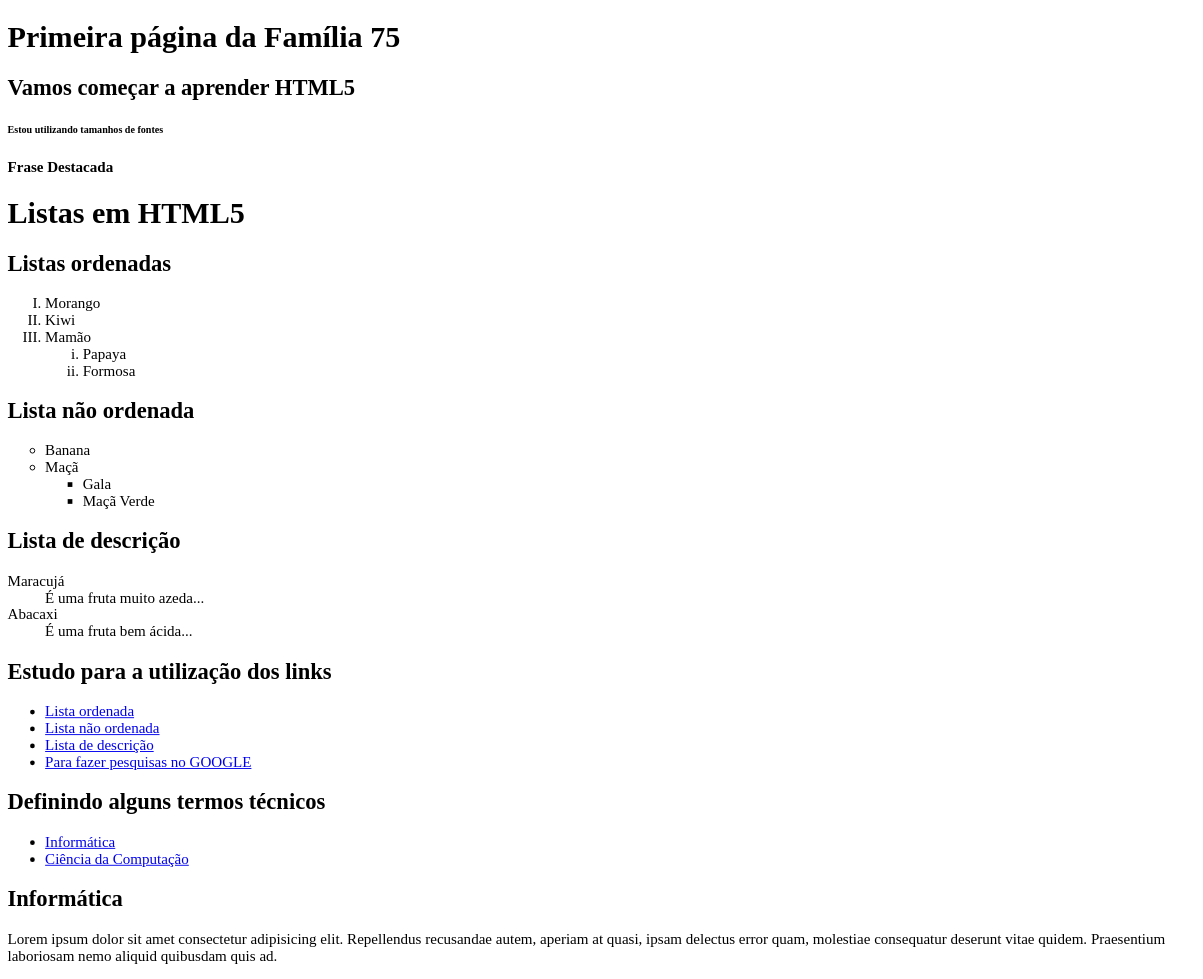
Repository: Thichi99/BootcampGen75
Page: Familia75/index.html
The author's editor kept a copy of each file at every save. The page is drawn from the files as they stood at one save, then again after the next save.
The browser window is 1280 px wide. The pictures show the whole page, at 94% of full size.

Above is the page before, as saved 2024-07-26 11:26:21.

After the next save:
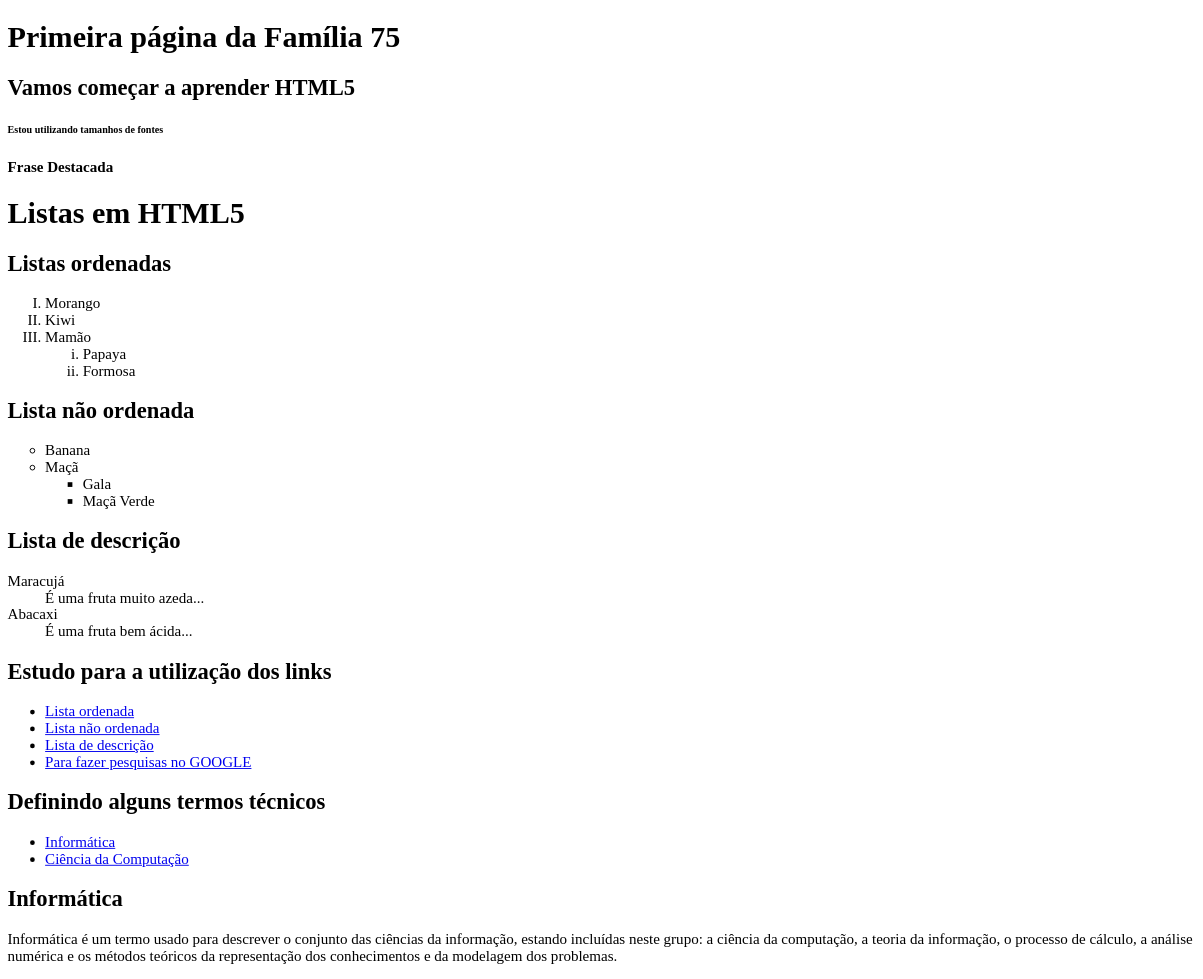
Saved 24 s later.
--- a/Familia75/index.html
+++ b/Familia75/index.html
@@ -61,9 +61,10 @@
     <h2>Informática</h2>
    </a>
    <p>
-    Lorem ipsum dolor sit amet consectetur adipisicing elit. Repellendus recusandae autem,
-    aperiam at quasi, ipsam delectus error quam, molestiae consequatur deserunt vitae quidem.
-    Praesentium laboriosam nemo aliquid quibusdam quis ad.
+    Informática é um termo usado para descrever o conjunto das ciências da informação,
+estando incluídas neste grupo: a ciência da computação, a teoria da informação, o
+processo de cálculo, a análise numérica e os métodos teóricos da representação dos
+conhecimentos e da modelagem dos problemas.
    </p>
 </body>
 </html>
